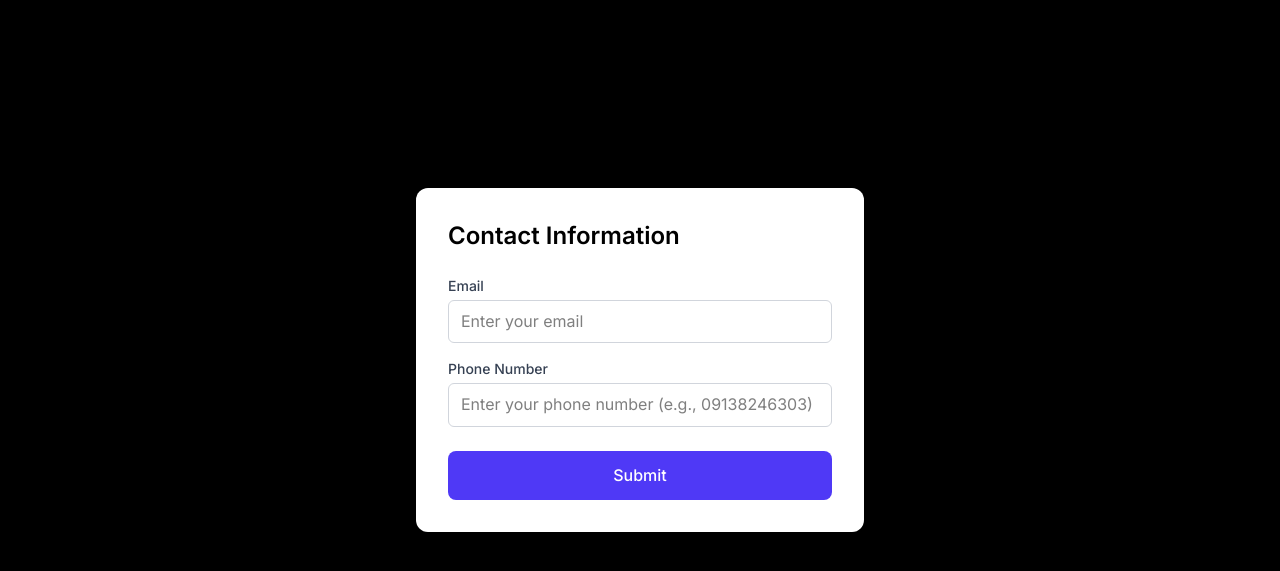
Repository: Rickyy1017/online-bookstore
Page: / (app in frontend/)
These files come from the project's save history. The page is drawn as it stood at one moment and after the next save; the edit follows.
The browser window is 1280 px wide. The pictures show the whole page.
The project was rebuilt for these pictures with package versions that can differ from the ones it lists, and the page was loaded fresh each time. The framework's server and built-in components were replaced by stand-ins that run in the browser. Also part of the build but not shown: frontend/next.config.ts.

Above is the page before, as saved 2025-10-16 21:25:03.

### frontend/app/layout.tsx
import type { Metadata } from "next";
import { Geist, Geist_Mono } from "next/font/google";
import "./globals.css";
import { Toaster } from "react-hot-toast";

const geistSans = Geist({
  variable: "--font-geist-sans",
  subsets: ["latin"],
});

const geistMono = Geist_Mono({
  variable: "--font-geist-mono",
  subsets: ["latin"],
});

export const metadata: Metadata = {
  title: "Create Next App",
  description: "Generated by create next app",
};

export default function RootLayout({
  children,
}: Readonly<{
  children: React.ReactNode;
}>) {
  return (
    <html lang="en" suppressHydrationWarning>
      <body
        className={`${geistSans.variable} ${geistMono.variable} antialiased`}
      >
        {children}
        <Toaster position="top-right" />
      </body>
    </html>
  );
}

### frontend/app/page.tsx
"use client";

import { useState, useEffect } from 'react';
import Image from 'next/image';
import Link from 'next/link';
import toast from 'react-hot-toast';

type CartItem = {
  title: string;
  price: number;
  type: string;
};

export default function Page() {
  const [cart, setCart] = useState<CartItem[]>([]);
  const [isModalOpen, setIsModalOpen] = useState(false);
  const [isBannerVisible, setIsBannerVisible] = useState(true);
  const [hasSubmitted, setHasSubmitted] = useState(false);
  const [email, setEmail] = useState('');
  const [phone, setPhone] = useState('');
  const [emailError, setEmailError] = useState('');
  const [phoneError, setPhoneError] = useState('');

  const addToCart = (title: string, price: number, type: string) => {
    setCart(prev => [...prev, { title, price, type }]);
    toast.success(`${title} (${type}) added to cart!`);
  };

  const viewCart = () => {
    setIsModalOpen(true);
  };

  const closeCart = () => {
    setIsModalOpen(false);
  };

  const checkout = () => {
    toast('Checkout functionality not implemented yet.', { icon: 'ℹ️' });
  };

  const validateEmail = (email: string) => {
    const emailRegex = /^[^\s@]+@[^\s@]+\.[^\s@]+$/;
    return emailRegex.test(email);
  };

  const validatePhone = (phone: string) => {
    const phoneRegex = /^\d{10,15}$/;
    return phoneRegex.test(phone);
  };

  const handleInfoSubmit = async () => {
    let valid = true;
    setEmailError('');
    setPhoneError('');

    if (!email) {
      setEmailError('Email is required.');
      valid = false;
    } else if (!validateEmail(email)) {
      setEmailError('Please enter a valid email address.');
      valid = false;
    }

    if (!phone) {
      setPhoneError('Phone number is required.');
      valid = false;
    } else if (!validatePhone(phone)) {
      setPhoneError('Please enter a valid phone number (e.g., 09123456789).');
      valid = false;
    }

    if (!valid) return;

    try {
      const response = await fetch('http://localhost:3001/submission', {
        method: 'POST',
        headers: {
          'Content-Type': 'application/json',
        },
        body: JSON.stringify({ email, phone }),
      });

      if (!response.ok) {
        throw new Error(`HTTP error! status: ${response.status}`);
      }

      const result = await response.json();

      if (result.success) {
        toast.success('Information submitted successfully!');
        localStorage.setItem('submitted', 'true');
        setHasSubmitted(true);
      } else {
        toast.error('Error submitting information.');
      }
    } catch (error) {
      console.error('Error submitting information:', error);
      toast.error('Error submitting information. Please check if the backend is running.');
    }

    setEmail('');
    setPhone('');
    setEmailError('');
    setPhoneError('');
  };

  const totalPrice = cart.reduce((sum, item) => sum + item.price, 0);

  useEffect(() => {
    const submitted = localStorage.getItem('submitted');
    if (submitted === 'true') {
      setHasSubmitted(true);
    }
  }, []);

  return (
    <>
      {hasSubmitted && (
        <>
          <header className="bg-white shadow-md border-b">
        <div className="container mx-auto px-4 py-4 flex justify-between items-center">
          <div className="flex items-center">
            <Image src="/images/logo.png" alt="Logo" width={80} height={100} className="mr-4" />
            <div>
              <h1 className="text-2xl font-bold text-gray-900">UNUSUAL USUAL MAN</h1>
              <p className="text-sm text-gray-600">Online Bookstore</p>
            </div>
          </div>
          <nav className="hidden md:flex space-x-6">
            <Link href="/" className="text-gray-700 font-medium hover:text-indigo-600 transition-colors">Home</Link>
            <Link href="/services" className="text-gray-700 font-medium hover:text-indigo-600 transition-colors">Services</Link>
            <Link href="/humanitarian-initiative" className="text-gray-700 font-medium hover:text-indigo-600 transition-colors">Humanitarian Initiative</Link>
            <Link href="/about" className="text-gray-700 font-medium hover:text-indigo-600 transition-colors">About Us</Link>
            <Link href="/contact" className="text-gray-700 font-medium hover:text-indigo-600 transition-colors">Contact</Link>
          </nav>
        </div>
      </header>

      <section className="bg-gradient-to-r from-indigo-50 to-purple-50 py-12 md:py-16">
        <div className="container mx-auto text-center px-4">
          <h2 className="text-3xl md:text-4xl font-bold text-gray-900 mb-4">Welcome to Our Online Bookstore</h2>
          <p className="text-lg md:text-xl text-gray-700 mb-8 max-w-2xl mx-auto">Discover inspiring and transformative books by Nathaneil C.U.Okoro. Empowering lives through literature and knowledge.</p>
          <div className="flex justify-center space-x-4">
            <Link href="#books" className="bg-white text-white px-8 py-3 rounded-lg hover:bg-indigo-700 transition-colors font-medium">Browse Books</Link>
            <Link href="/donate" className="bg-gray-200 text-gray-800 px-8 py-3 rounded-lg hover:bg-gray-300 transition-colors font-medium">Make a Donation</Link>
          </div>
        </div>
      </section>

      <button onClick={viewCart} className="fixed top-24 right-6 bg-indigo-600 text-white px-5 py-3 rounded-lg shadow-lg hover:bg-indigo-700 transition-all z-10">
        🛒 Cart ({cart.length})
      </button>

      <section id="books" className="container mx-auto py-12 md:py-16 px-4">
        <h2 className="text-2xl md:text-3xl font-bold text-center text-gray-900 mb-8 md:mb-12">Our Books</h2>
        <div className="grid grid-cols-1 md:grid-cols-2 lg:grid-cols-3 xl:grid-cols-4 gap-8">
          <div className="bg-white border border-gray-200 rounded-lg p-4 md:p-6 shadow-md">
            <Image src="/images/rep.jpg" alt="REPOSITION OF CHRIST" width={200} height={300} className="w-full h-48 md:h-64 object-cover rounded" />
            <h3 className="text-xl md:text-2xl font-bold text-gray-900 mb-2 text-center">REPOSITION OF CHRIST</h3>
            <p className="text-gray-600 text-center mb-4"><b>Author:</b> Nathaneil C.U.Okoro</p>
            <div className="text-center mb-4 md:mb-6">
              <p className="text-base md:text-lg text-gray-800 font-semibold">₦1000 (Soft Copy) | ₦1700 (Hard Copy)</p>
            </div>
            <div className="space-y-2">
              <button onClick={() => addToCart('REPOSITION OF CHRIST', 1000, 'Soft Copy')} className="w-full bg-indigo-600 text-white py-2 md:py-3 rounded-md hover:bg-indigo-700 transition-colors font-medium">Buy Soft Copy</button>
              <button onClick={() => addToCart('REPOSITION OF CHRIST', 1700, 'Hard Copy')} className="w-full bg-indigo-600 text-white py-2 md:py-3 rounded-md hover:bg-indigo-700 transition-colors font-medium">Buy Hard Copy</button>
            </div>
          </div>

        <div className="bg-white border border-gray-200 rounded-lg p-6 shadow-md">
          <Image src="/images/mypass.jpg" alt="DARE TO LIVE MY PASSION" width={200} height={300} className="w-full h-48 md:h-64 object-cover rounded" />
          <h3 className="text-2xl font-bold text-gray-900 mb-2 text-center">DARE TO LIVE MY PASSION</h3>
          <p className="text-gray-600 text-center mb-4"><b>Author:</b> Nathaneil C.U.Okoro</p>
          <div className="text-center mb-6">
            <p className="text-lg text-gray-800 font-semibold">₦8,500 (Soft Copy) | ₦22,000 (Hard Copy)</p>
          </div>
          <div className="space-y-2">
            <button onClick={() => addToCart('DARE TO LIVE MY PASSION', 8500, 'Soft Copy')} className="w-full bg-indigo-600 text-white py-3 rounded-md hover:bg-indigo-700 transition-colors font-medium">Buy Soft Copy</button>
            <button onClick={() => addToCart('DARE TO LIVE MY PASSION', 22000, 'Hard Copy')} className="w-full bg-indigo-600 text-white py-3 rounded-md hover:bg-indigo-700 transition-colors font-medium">Buy Hard Copy</button>
          </div>
        </div>

        <div className="bg-white border border-gray-200 rounded-lg p-6 shadow-md">
          <Image src="/images/nige.jpg" alt="NIGERIA ENTERPRISE" width={200} height={300} className="w-full h-48 md:h-64 object-cover rounded" />
          <h3 className="text-2xl font-bold text-gray-900 mb-2 text-center">NIGERIA ENTERPRISE</h3>
          <p className="text-gray-600 text-center mb-4"><b>Author:</b> Nathaneil C.U.Okoro</p>
          <div className="text-center mb-6">
            <p className="text-lg text-gray-800 font-semibold">₦4,000 (Soft Copy) | ₦6,000 (Hard Copy)</p>
          </div>
          <div className="space-y-2">
            <button onClick={() => addToCart('NIGERIA ENTERPRISE', 4000, 'Soft Copy')} className="w-full bg-indigo-600 text-white py-3 rounded-md hover:bg-indigo-700 transition-colors font-medium">Buy Soft Copy</button>
            <button onClick={() => addToCart('NIGERIA ENTERPRISE', 6000, 'Hard Copy')} className="w-full bg-indigo-600 text-white py-3 rounded-md hover:bg-indigo-700 transition-colors font-medium">Buy Hard Copy</button>
          </div>
        </div>

        <div className="bg-white border border-gray-200 rounded-lg p-6 shadow-md">
          <Image src="/images/dare.jpg" alt="DARE TO SMILE IN THE DARKNESS OF LIFE" width={200} height={300} className="w-full h-48 md:h-64 object-cover rounded" />
          <h3 className="text-2xl font-bold text-gray-900 mb-2 text-center">DARE TO SMILE <br /> IN THE DARKNESS OF LIFE</h3>
          <p className="text-gray-600 text-center mb-4"><b>Author:</b> Nathaneil C.U.Okoro</p>
          <div className="text-center mb-6">
            <p className="text-lg text-gray-800 font-semibold">₦3,000 (Soft Copy) | ₦5,000 (Hard Copy)</p>
          </div>
          <div className="space-y-2">
            <button onClick={() => addToCart('DARE TO SMILE IN THE DARKNESS OF LIFE', 3000, 'Soft Copy')} className="w-full bg-indigo-600 text-white py-3 rounded-md hover:bg-indigo-700 transition-colors font-medium">Buy Soft Copy</button>
            <button onClick={() => addToCart('DARE TO SMILE IN THE DARKNESS OF LIFE', 5000, 'Hard Copy')} className="w-full bg-indigo-600 text-white py-3 rounded-md hover:bg-indigo-700 transition-colors font-medium">Buy Hard Copy</button>
          </div>
        </div>

        <div className="bg-white border border-gray-200 rounded-lg p-6 shadow-md">
          <Image src="/images/grasee (1).jpg" alt="GRASS TO GRACE" width={200} height={300} className="w-full h-48 md:h-64 object-cover rounded" />
          <h3 className="text-2xl font-bold text-gray-900 mb-2 text-center">GRASS TO GRACE</h3>
          <p className="text-gray-600 text-center mb-4"><b>Author:</b> Nathaneil C.U.Okoro</p>
          <div className="text-center mb-6">
            <p className="text-lg text-gray-800 font-semibold">₦7,000 (Soft Copy) | ₦16,000 (Hard Copy)</p>
          </div>
          <div className="space-y-2">
            <button onClick={() => addToCart('GRASS TO GRACE', 7000, 'Soft Copy')} className="w-full bg-indigo-600 text-white py-3 rounded-md hover:bg-indigo-700 transition-colors font-medium">Buy Soft Copy</button>
            <button onClick={() => addToCart('GRASS TO GRACE', 16000, 'Hard Copy')} className="w-full bg-indigo-600 text-white py-3 rounded-md hover:bg-indigo-700 transition-colors font-medium">Buy Hard Copy</button>
          </div>
        </div>

        <div className="bg-white border border-gray-200 rounded-lg p-6 shadow-md">
          <Image src="/images/dark.png" alt="DARKNESS AT NOONDAY DARE TO CHANGE THE SCRIPT" width={200} height={300} className="w-full rounded" />
          <h3 className="text-2xl font-bold text-gray-900 mb-2 text-center">DARKNESS AT NOONDAY <br /> DARE TO CHANGE THE SCRIPT</h3>
          <p className="text-gray-600 text-center mb-4"><b>Author:</b> Nathaneil C.U.Okoro</p>
          <div className="text-center mb-6">
            <p className="text-lg text-gray-800 font-semibold">₦10,000 (Soft Copy) | ₦18,000 (Hard Copy)</p>
          </div>
          <div className="space-y-2">
            <button onClick={() => addToCart('DARKNESS AT NOONDAY DARE TO CHANGE THE SCRIPT', 10000, 'Soft Copy')} className="w-full bg-indigo-600 text-white py-3 rounded-md hover:bg-indigo-700 transition-colors font-medium">Buy Soft Copy</button>
            <button onClick={() => addToCart('DARKNESS AT NOONDAY DARE TO CHANGE THE SCRIPT', 18000, 'Hard Copy')} className="w-full bg-indigo-600 text-white py-3 rounded-md hover:bg-indigo-700 transition-colors font-medium">Buy Hard Copy</button>
          </div>
        </div>

        <div className="bg-white border border-gray-200 rounded-lg p-6 shadow-sm">
          <h2 className="text-xl font-bold text-gray-900 mb-4">Upcoming Books</h2>
          <ul className="list-disc list-inside text-gray-700 space-y-1">
            <li>EDGU KINGDOM IN HISTORY</li>
            <li>UNUSUAL USUAL MAN.</li>
            <li>THE NIGERIA RAINWAY SYSTEM JUNK & JEWEL.</li>
            <li>NIGERIA INSTITUTE OF TRANSPORT TECHOLOGY ZARIA IN HISTORY.</li>
          </ul>
        </div>
        </div>
      </section>

      <div className="bg-gray-50 py-12">
        <div className="container mx-auto text-center">
          <h2 className="text-3xl font-bold text-gray-900 mb-8">COVENANT DAYCARE GARDEN FOUNDATION</h2>
          <div className="flex flex-col md:flex-row justify-center gap-4 md:gap-8 mb-8">
            <Image src="/images/daycare1.png" alt="Daycare 1" width={300} height={200} className="w-full rounded-lg shadow-md" />
            <Image src="/images/daycare2.jpg" alt="Daycare 2" width={300} height={200} className="w-full rounded-lg shadow-md" />
          </div>
          <p className="text-gray-600 max-w-2xl mx-auto">A proud initiative dedicated to supporting elders and widows in need through community care and support programs.</p>
        </div>
      </div>

      {isModalOpen && (
        <div className="fixed inset-0 bg-black bg-opacity-50 flex justify-center items-center z-50">
          <div className="bg-white p-8 rounded-xl shadow-2xl max-w-lg w-full mx-4">
            <div className="flex justify-between items-center mb-6">
              <h2 className="text-2xl font-bold text-gray-900">Your Cart</h2>
              <span onClick={closeCart} className="cursor-pointer text-3xl text-gray-400 hover:text-gray-600">&times;</span>
            </div>
            <ul className="mb-6 space-y-2">
              {cart.map((item, index) => (
                <li key={index} className="text-gray-700 bg-gray-100 p-3 rounded">{item.title} - {item.type} - ₦{item.price}</li>
              ))}
            </ul>
            <div className="flex justify-between items-center mb-6">
              <p className="text-xl font-semibold text-gray-900">Total: ₦{totalPrice}</p>
            </div>
            <button onClick={checkout} className="w-full bg-indigo-600 text-white px-6 py-3 rounded-lg hover:bg-indigo-700 font-medium">Proceed to Checkout</button>
          </div>
        </div>
      )}

      <footer className="bg-gray-800 text-white py-12 mt-16">
        <div className="container mx-auto px-4">
          <div className="text-center mb-8">
            <p className="text-lg font-semibold">© 2025 Covenant Books & Consulting. All Rights Reserved.</p>
            <p className="text-gray-300 mt-2">Empowering lives through literature, community support, and global business expertise.</p>
          </div>
          <nav className="flex justify-center mb-8 space-x-6">
            <Link href="/about" className="text-gray-200 hover:text-indigo-400 transition-colors">About Us</Link>
            <Link href="/services" className="text-gray-200 hover:text-indigo-400 transition-colors">Services</Link>
            <Link href="/contact" className="text-gray-200 hover:text-indigo-400 transition-colors">Contact Us</Link>
          </nav>
          <div className="flex justify-center mb-8 space-x-4">
            <a href="#" className="text-gray-300 hover:text-indigo-400 transition-colors">Facebook</a>
            <a href="#" className="text-gray-300 hover:text-indigo-400 transition-colors">Twitter</a>
            <a href="#" className="text-gray-300 hover:text-indigo-400 transition-colors">LinkedIn</a>
          </div>
          <p className="text-center text-gray-300">Covenant Daycare Garden Foundation is a proud initiative dedicated to supporting elders and widows in need.</p>
        </div>
      </footer>
        </>
      )}

      {!hasSubmitted && (
        <div className="fixed inset-0 bg-black bg-opacity-50 flex justify-center items-center z-50">
          <div className="bg-white p-8 rounded-xl shadow-2xl max-w-md w-full mx-4">
            <div className="flex justify-between items-center mb-6">
              <h2 className="text-2xl font-bold text-gray-900">Contact Information</h2>
            </div>
            <div className="space-y-4">
              <div>
                <label className="block text-sm font-medium text-gray-700 mb-1">Email</label>
                <input
                  type="email"
                  value={email}
                  onChange={(e) => setEmail(e.target.value)}
                  className={`w-full px-3 py-2 border rounded-md focus:outline-none focus:ring-2 focus:ring-indigo-500 ${emailError ? 'border-red-500' : 'border-gray-300'}`}
                  placeholder="Enter your email"
                />
                {emailError && <p className="text-red-500 text-sm mt-1">{emailError}</p>}
              </div>
              <div>
                <label className="block text-sm font-medium text-gray-700 mb-1">Phone Number</label>
                <input
                  type="tel"
                  value={phone}
                  onChange={(e) => setPhone(e.target.value)}
                  className={`w-full px-3 py-2 border rounded-md focus:outline-none focus:ring-2 focus:ring-indigo-500 ${phoneError ? 'border-red-500' : 'border-gray-300'}`}
                  placeholder="Enter your phone number (e.g., 09138246303)"
                />
                {phoneError && <p className="text-red-500 text-sm mt-1">{phoneError}</p>}
              </div>
            </div>
            <button onClick={handleInfoSubmit} className="w-full bg-indigo-600 text-white px-6 py-3 rounded-lg hover:bg-indigo-700 font-medium mt-6">Submit</button>
          </div>
        </div>
      )}
    </>
  );
}

### frontend/app/globals.css
@import url('https://fonts.googleapis.com/css2?family=Inter:wght@300;400;500;600;700&display=swap');
@import "tailwindcss";

:root {
  --background: #ffffff;
  --foreground: #000000;
  --accent: #4f46e5;
  --accent-hover: #3730a3;
}

@theme inline {
  --color-background: var(--background);
  --color-foreground: var(--foreground);
  --font-sans: 'Inter', sans-serif;
  --font-mono: var(--font-geist-mono);
}

body {
  background: var(--background);
  color: var(--foreground);
  font-family: 'Inter', sans-serif;
  line-height: 1.6;
}

h1, h2, h3, h4, h5, h6 {
  font-weight: 600;
  color: var(--foreground);
}

a {
  color: var(--accent);
  transition: color 0.2s ease;
}

a:hover {
  color: var(--accent-hover);
}

button {
  transition: all 0.2s ease;
}

After the next save:
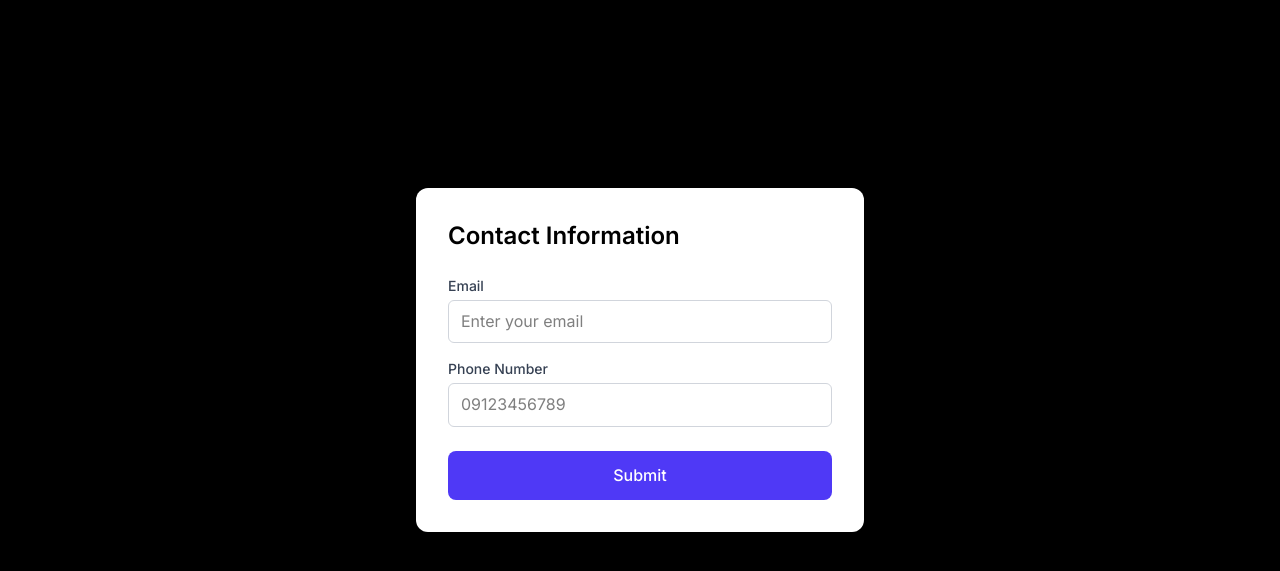
Saved 98 s later.
--- a/frontend/app/page.tsx
+++ b/frontend/app/page.tsx
@@ -322,7 +322,7 @@ export default function Page() {
                   value={phone}
                   onChange={(e) => setPhone(e.target.value)}
                   className={`w-full px-3 py-2 border rounded-md focus:outline-none focus:ring-2 focus:ring-indigo-500 ${phoneError ? 'border-red-500' : 'border-gray-300'}`}
-                  placeholder="Enter your phone number (e.g., 09138246303)"
+                  placeholder="09123456789"
                 />
                 {phoneError && <p className="text-red-500 text-sm mt-1">{phoneError}</p>}
               </div>
